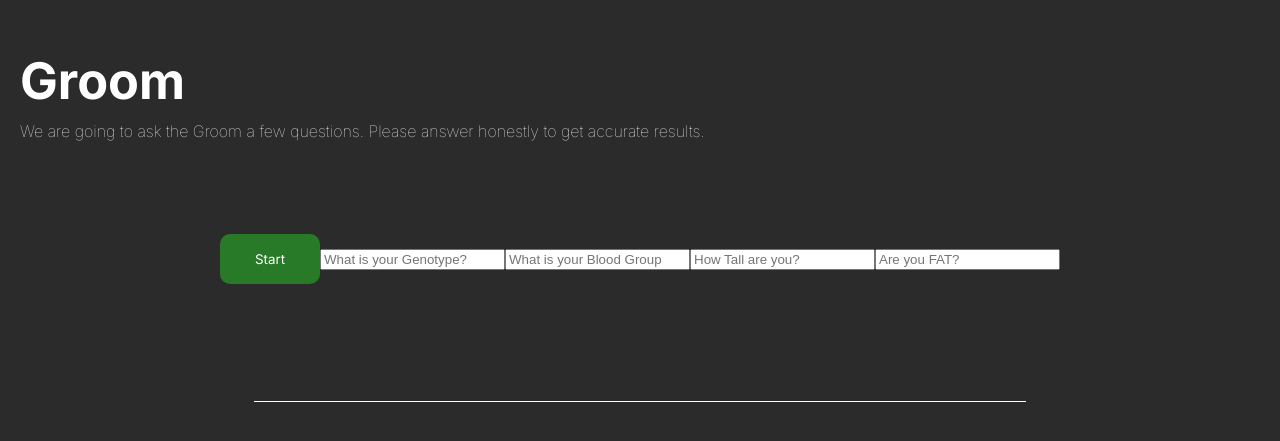
Repository: devhabeeblateef/tictactoe
Page: /
An editor plug-in stored every save of this project. The page is shown before and after the next save, followed by the edit.
The browser window is 1280 px wide. The pictures show the whole page.
The project was rebuilt for these pictures with package versions that can differ from the ones it lists, and the page was loaded fresh each time. Also part of the build but not shown: src/App.css.

Above is the page before, as saved 2022-06-17 02:17:59.

After the next save:
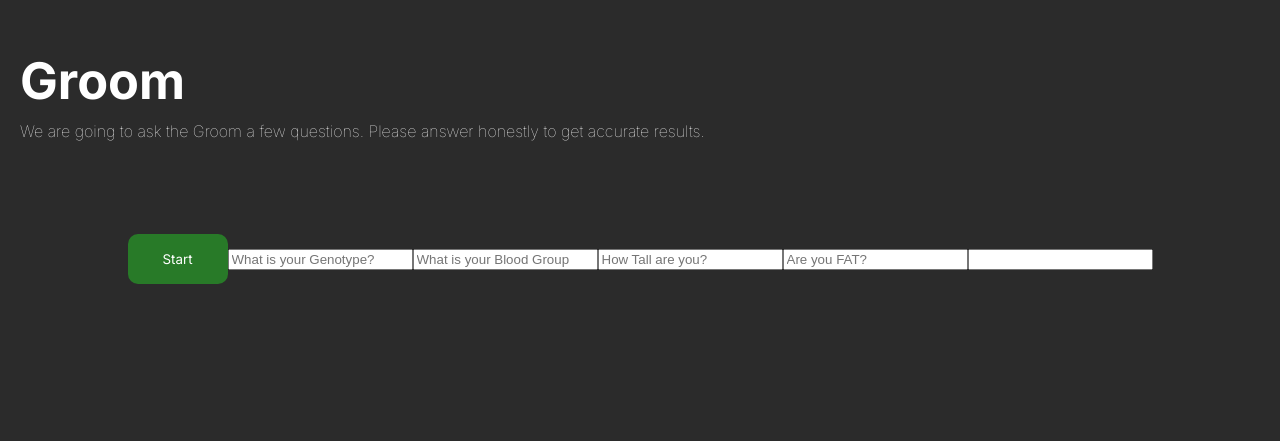
Saved 5 s later.
--- a/src/Form.js
+++ b/src/Form.js
@@ -28,7 +28,7 @@ function Form() {
         <input placeholder={maleQuestions[1]}/>
         <input placeholder={maleQuestions[2]}/>
         <input placeholder={maleQuestions[3]}/>
-        <Myform placeholder={maleQuestions[4]}/>
+        <input placeholder={maleQuestions[4]}/>
         </center>
     </div>
   )
